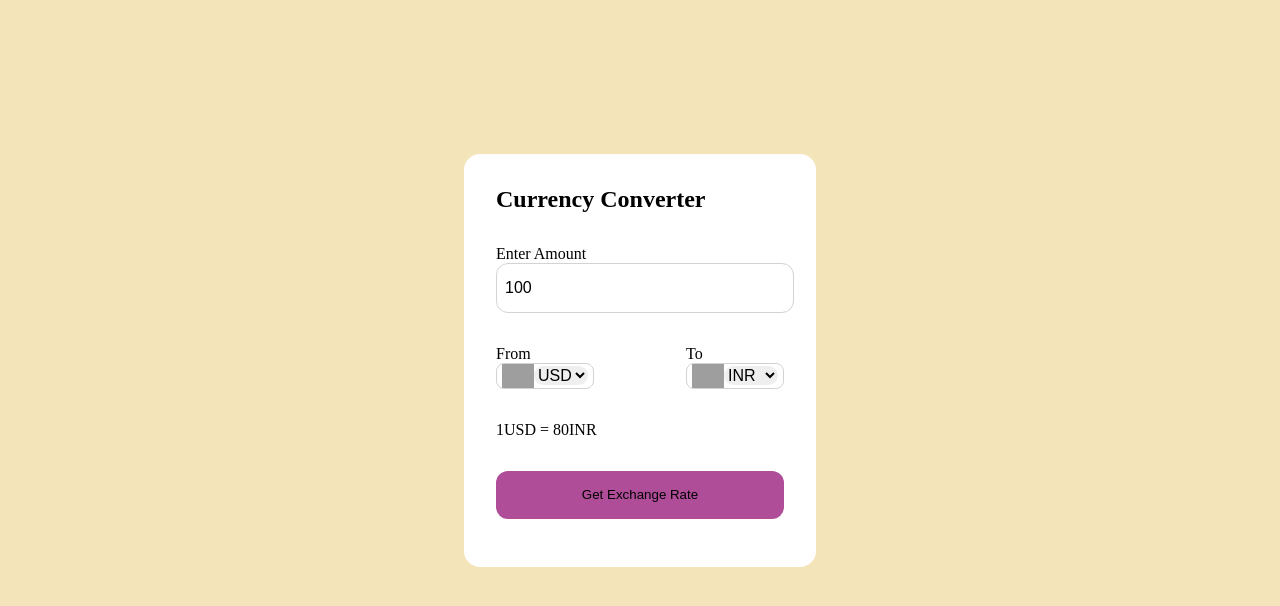
Repository: Kunal-Rajput76/currency-converter
Page: index.html
An editor plug-in stored every save of this project. The page is shown before and after a run of saves, followed by the edit.
The browser window is 1280 px wide. The pictures show the whole page.
Pictures or frames that could not be fetched are drawn as grey boxes.

Above is the page before, as saved 2025-10-18 11:38:01.

After the next 2 saves:
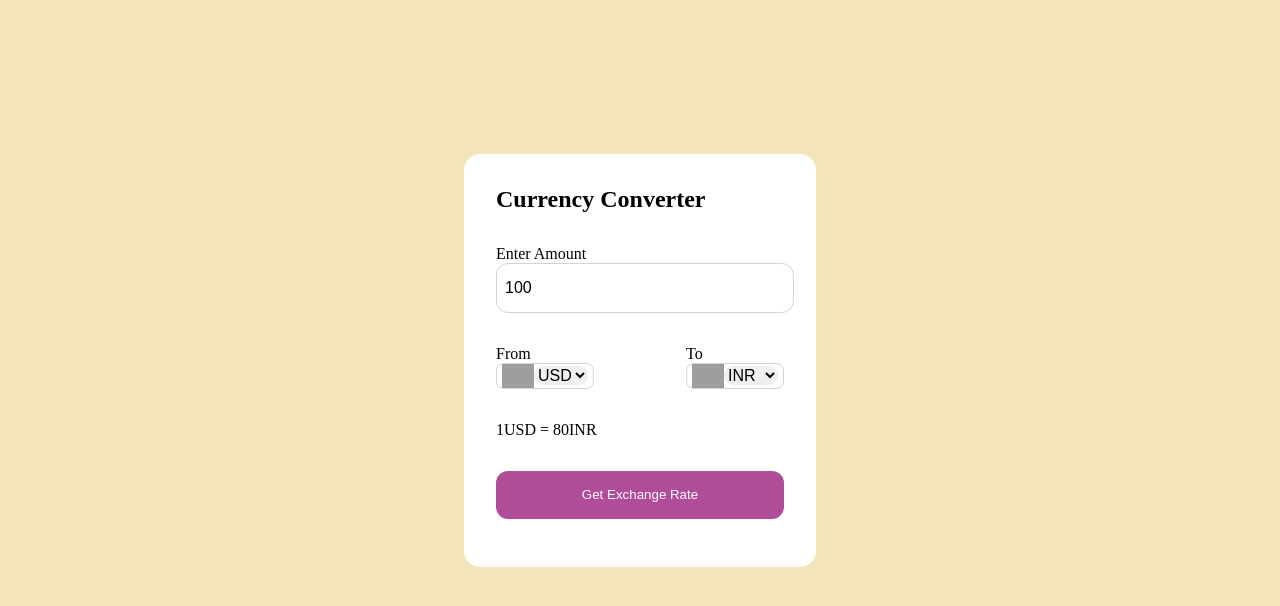
The 2 saves are shown as one change because they came seconds apart.
The last was saved 6 s later.
--- a/style.css
+++ b/style.css
@@ -70,5 +70,6 @@ form input{
 form button{
     height: 3rem;
     background-color: #af4d98;
-    color: ;
+    color: #fff;
+    font-size: ;
 }
